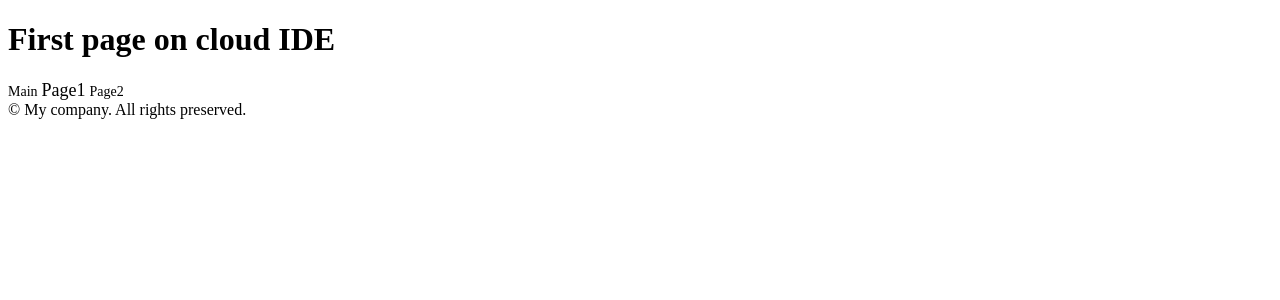
Repository: T72B/HTML
Page: page1.html
The author's editor kept a record of every edit. The page is drawn from the files as they stood at one moment, then again after the next edit.
The browser window is 1280 px wide. The pictures show the whole page.

Above is the page before.

### page1.html
<!DOCTYPE html>
<html>
    <head>
        <meta http-equiv="content-type" content="text/html; charset=UTF-8" />
        <link rel="stylesheet" href="css/style.css" type="text/css" />
        <title>Cloud9 IDE html page</title>
    </head>
    <body>
        <header>
            <h1>First page on cloud IDE</h1>
            <div class="menu">
                <a class="main-menu" href="index.html">Main</a>
                <a class="active" href="page1.html">Page1</a>
                <a class="main-menu" href="page2.html">Page2</a>
            </div>
        </header>

        <footer>
            <span>&copy; My company. All rights preserved.</span>
        </footer>
    </body>
</html>

### css/style.css
.menu a{
    color:#000;
    text-decoration:none;
}
.active{
    font-size:18px;
}
.main-menu{
    font-size:14px;
}

After the next edit:
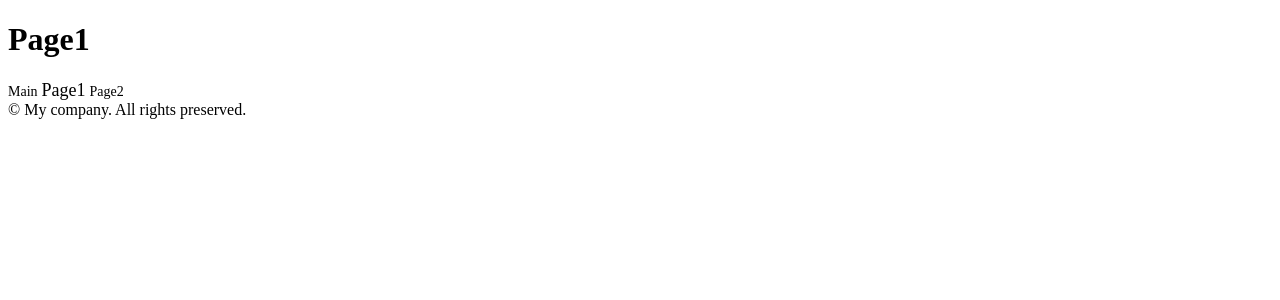
The edit:
--- a/page1.html
+++ b/page1.html
@@ -7,7 +7,7 @@
     </head>
     <body>
         <header>
-            <h1>First page on cloud IDE</h1>
+            <h1>Page1</h1>
             <div class="menu">
                 <a class="main-menu" href="index.html">Main</a>
                 <a class="active" href="page1.html">Page1</a>
